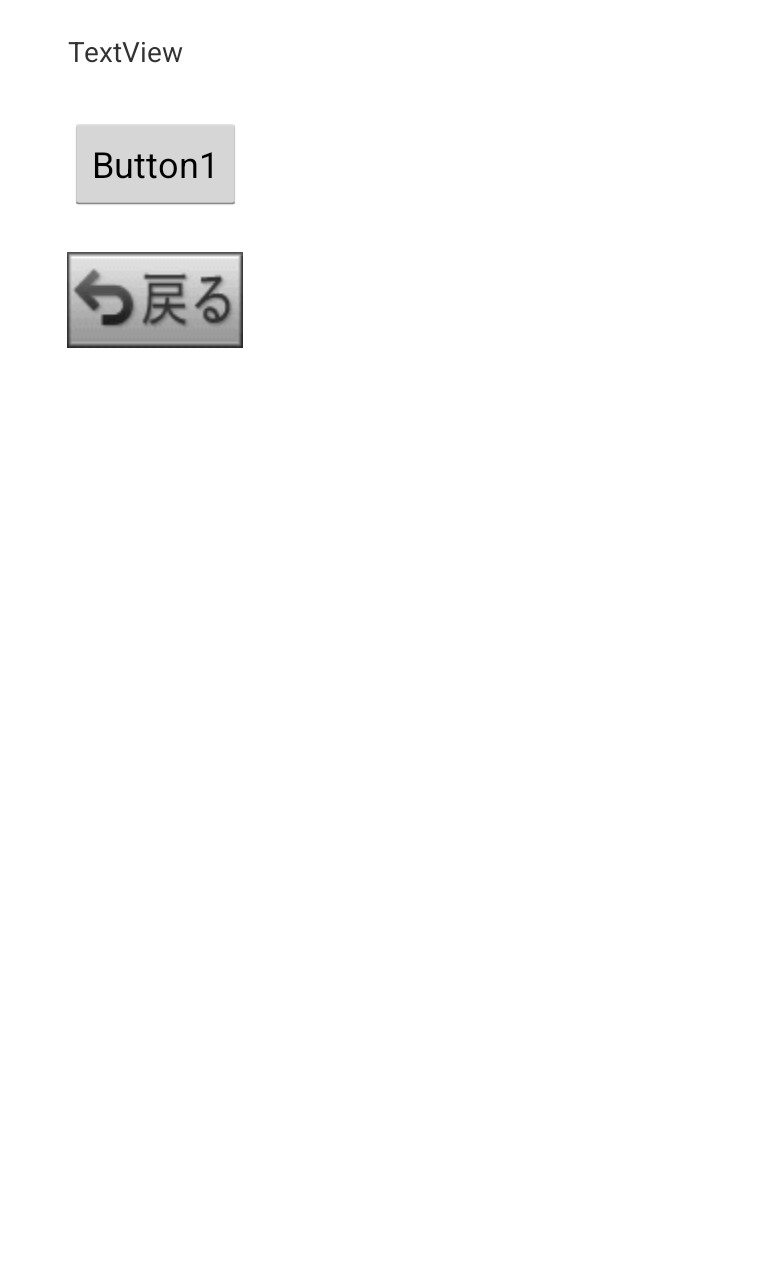
Repository: freelancer-dorian/exerciseAndroid
Layout: 05-20-UIBasic/Buttons/res/layout/fragment_main.xml
These files come from the project's save history. The layout is drawn as it stood at one moment and after the next save; the edit follows.
It is drawn on a 768 x 1280 px phone screen (xhdpi) without system bars, with theme AppTheme; the app's code is not run.

Above is the layout before, as saved 2014-05-20 04:28:29.

### 05-20-UIBasic/Buttons/res/layout/fragment_main.xml
<RelativeLayout xmlns:android="http://schemas.android.com/apk/res/android"
    xmlns:tools="http://schemas.android.com/tools"
    android:layout_width="match_parent"
    android:layout_height="match_parent"
    android:paddingBottom="@dimen/activity_vertical_margin"
    android:paddingLeft="@dimen/activity_horizontal_margin"
    android:paddingRight="@dimen/activity_horizontal_margin"
    android:paddingTop="@dimen/activity_vertical_margin"
    tools:context="com.dorian.buttons.MainActivity$PlaceholderFragment" >

    <Button
        android:id="@+id/button1"
        android:layout_width="wrap_content"
        android:layout_height="wrap_content"
        android:layout_alignParentLeft="true"
        android:layout_alignParentTop="true"
        android:layout_marginLeft="18dp"
        android:layout_marginTop="42dp"
        android:text="Button1" />

    <Button
        android:id="@+id/button2"
        style="?android:attr/buttonStyleSmall"
        android:layout_width="wrap_content"
        android:layout_height="wrap_content"
        android:layout_alignRight="@+id/button1"
        android:layout_below="@+id/button1"
        android:layout_marginTop="20dp"
        android:background="@drawable/back_normal"
        android:height="46dp"
        android:width="88dp" />

    <TextView
        android:id="@+id/textView1"
        android:layout_width="wrap_content"
        android:layout_height="wrap_content"
        android:layout_alignLeft="@+id/button1"
        android:layout_alignParentTop="true"
        android:text="TextView" />

</RelativeLayout>

Loaded but not shown: 05-20-UIBasic/Buttons/res/values/styles.xml (common file); 05-20-UIBasic/Buttons/res/values-v11/styles.xml (common file); 05-20-UIBasic/Buttons/res/values-v14/styles.xml (common file); 05-20-UIBasic/Buttons/res/values/dimens.xml (common file); 05-20-UIBasic/Buttons/res/values-w820dp/dimens.xml (common file)

After the next save:
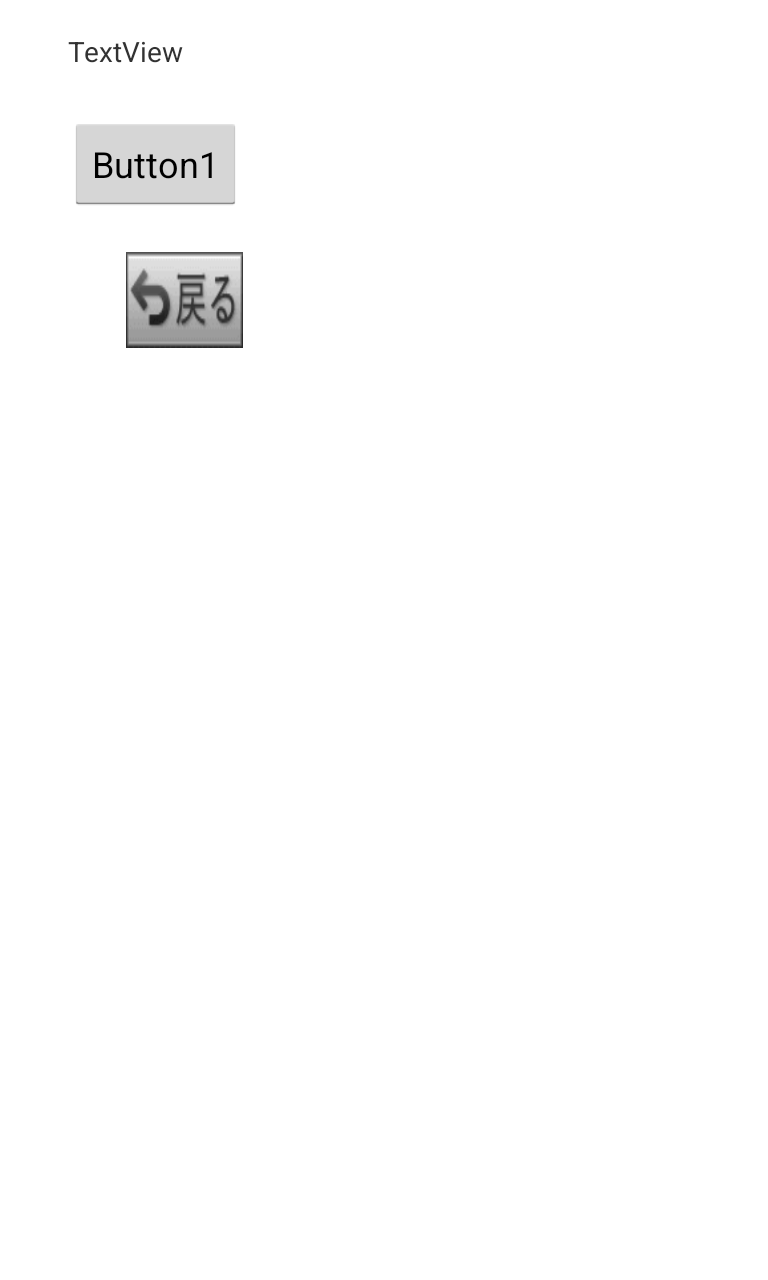
Saved 41 s later.
--- a/05-20-UIBasic/Buttons/res/layout/fragment_main.xml
+++ b/05-20-UIBasic/Buttons/res/layout/fragment_main.xml
@@ -26,9 +26,7 @@
         android:layout_alignRight="@+id/button1"
         android:layout_below="@+id/button1"
         android:layout_marginTop="20dp"
-        android:background="@drawable/back_normal"
-        android:height="46dp"
-        android:width="88dp" />
+        android:background="@drawable/back_normal" />
 
     <TextView
         android:id="@+id/textView1"
